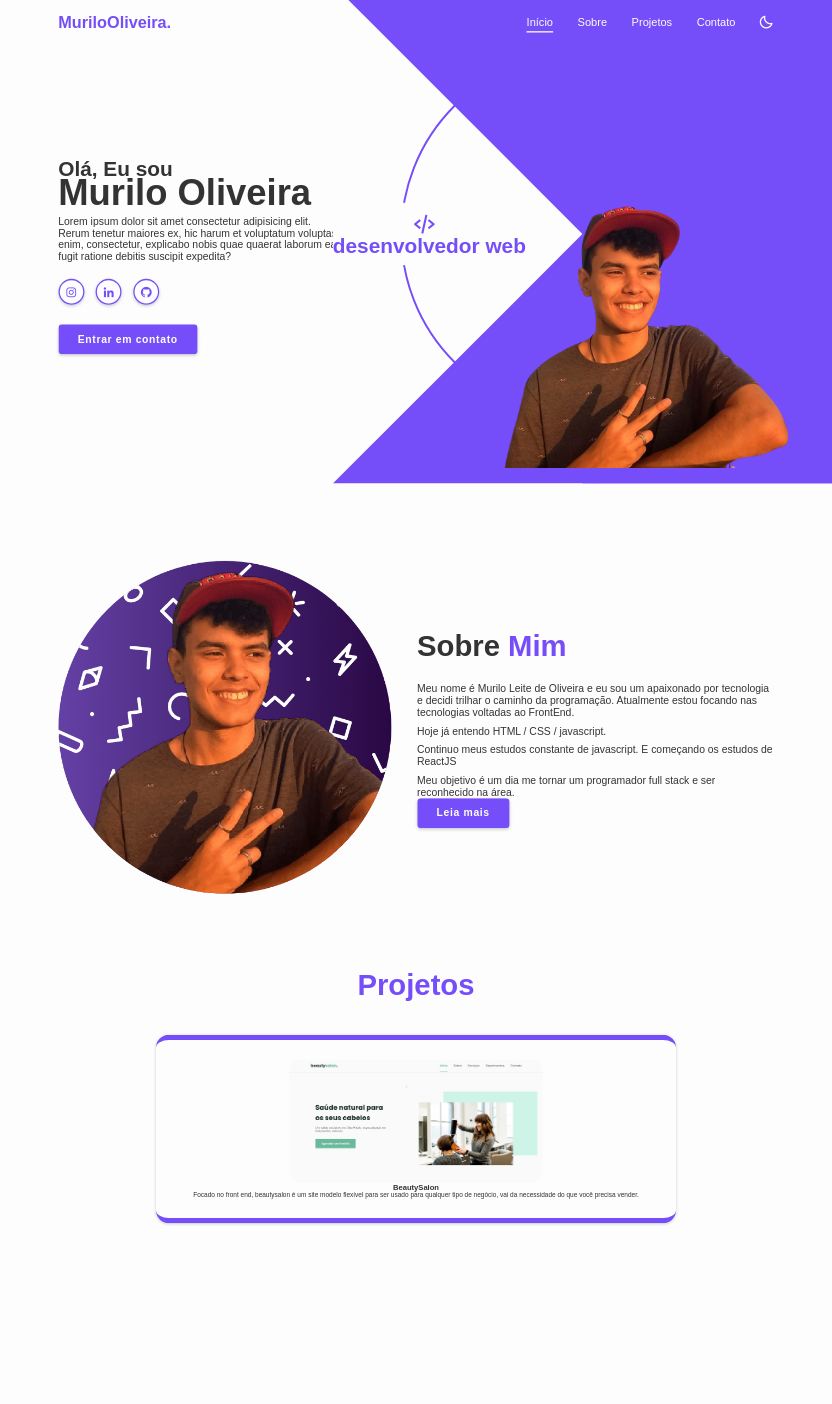
Repository: devMuriloOliveira/Portfolio-
Page: index.html
An editor plug-in stored every save of this project. The page is shown before and after the next save, followed by the edit.
The browser window is 1280 px wide. The pictures show the whole page, at 65% of full size.
Some web fonts or font styles are not loaded; a fallback is used.

Above is the page before, as saved 2023-03-12 17:39:28.

After the next save:
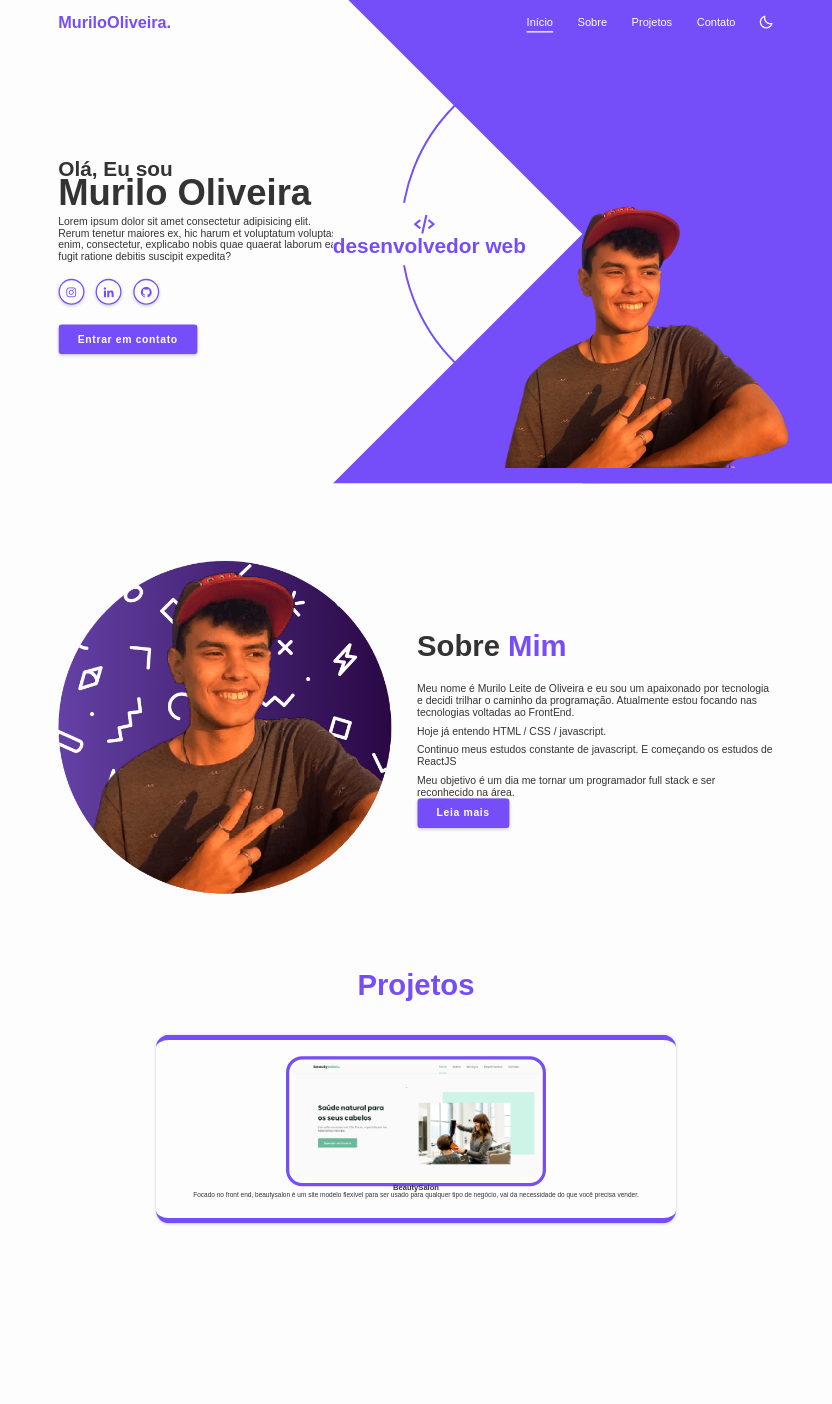
Saved 93 s later.
--- a/style.css
+++ b/style.css
@@ -318,4 +318,6 @@ span{
   width: 390.25px;
   object-fit: cover;
   border-radius: 2rem;
-}
+  border: .5rem solid var(--bg-color);
+  outline: .5rem solid var(--main-color);
+}
